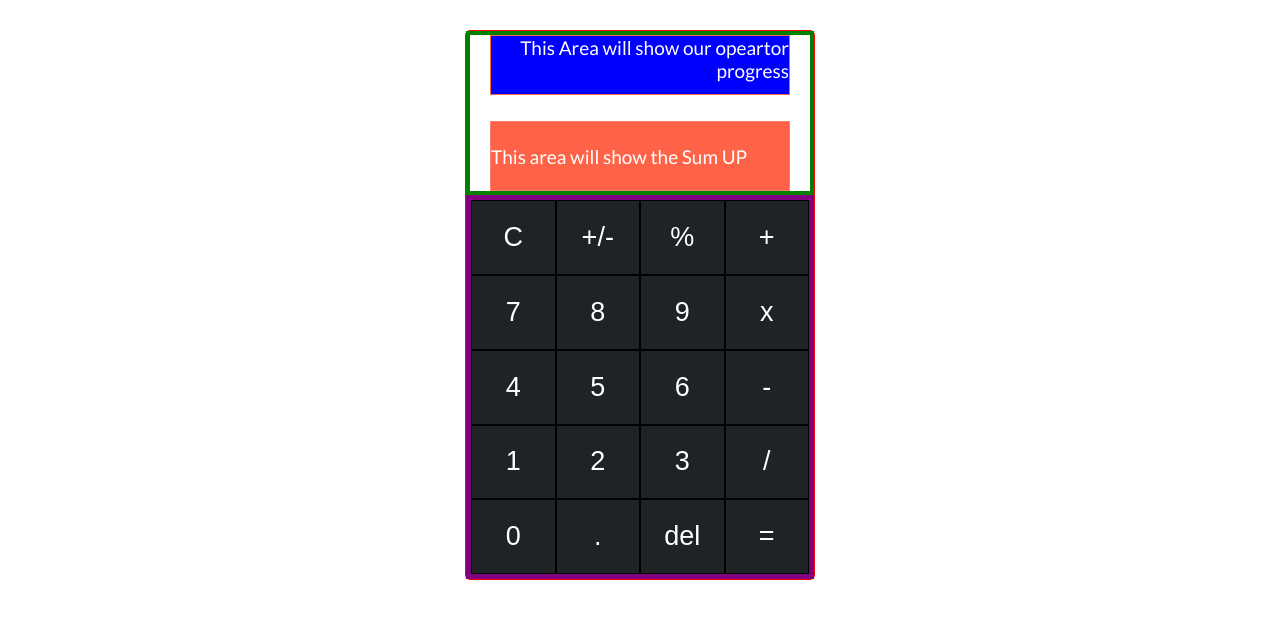
Repository: OfirLana/Calculator
Page: index.html
These files come from the project's save history. The page is drawn as it stood at one moment and after the next save; the edit follows.
The browser window is 1280 px wide. The pictures show the whole page.

Above is the page before, as saved 2019-03-12 21:24:40.

### index.html
<!DOCTYPE html>
<html lang="en">

<head>
    <meta charset="UTF-8">
    <meta name="viewport" content="width=device-width, initial-scale=1.0">
    <meta http-equiv="X-UA-Compatible" content="ie=edge">
    <link href="https://fonts.googleapis.com/css?family=Lato:100,300,400,700,900" rel="stylesheet">
    <title>Document</title>
    <link rel="stylesheet" href="style.css">
</head>

<body>
    <div class="calculator">
        <div class="output_box">
            <div class="main_output">

                This Area will show our opeartor progress

            </div>
            <div class="sub_output">

               This area will show the Sum UP

            </div>
        </div>


        <div class="opeartor_box">
            <button class="btn dlt">C</button>
            <button class="btn">+/-</button>
            <button class="btn op">%</button>
            <button class="btn op">+</button>
            <button class="btn">7</button>
            <button class="btn">8</button>
            <button class="btn">9</button>
            <button class="btn op">x</button>
            <button class="btn">4</button>
            <button class="btn">5</button>
            <button class="btn">6</button>
            <button class="btn op">-</button>
            <button class="btn">1</button>
            <button class="btn">2</button>
            <button class="btn">3</button>
            <button class="btn op">/</button>
            <button class="btn">0</button>
            <button class="btn">.</button>
            <button class="btn">del</button>
            <button class="btn sum">=</button>


        </div>








    </div>
    <script src="index.js"></script>
</body>

</html>

### style.css
* {
    margin: 0;
    padding: 0;
    box-sizing: border-box;
}

html {
    font-size: 62.5%;
}

body {
    font-family: "Lato", sans-serif;
    font-size: 1.6rem;
    color: #777;
    padding: 3rem;
}

.calculator {
    display: flex;
    flex-direction: column;
    margin: 0 auto;
    width: 35rem;
    height: 55rem;
    border: 1px solid red;
    border-radius: 5px;
}

.output_box {
    display: flex;
    flex-direction: column;
    flex-basis: 30%;
    border: 4px solid green;
    width: 100%;
    justify-content: space-between;
    padding:0px 20px;
    color:white;
    font-size:19px;
}

.main_output {
    display: flex;
    border: 1px solid blue;
    height: 6rem;
    /* background:blue; */
  border:1px solid tomato;
    width:100%;
    background:blue;
    text-align:end;
    overflow: hidden;
}






.sub_output {
    display: flex;
    border: 1px solid salmon;
    height: 7rem;
    /* background:red; */
    display:flex;
    align-items: center;
    overflow: hidden;
    background:tomato;
}

.opeartor_box{
    display:flex;
    /* flex-direction: column; */
    flex-wrap:wrap;
    width:100%;
    border:5px solid purple;
    flex-basis:70%;
}

.btn{
    width:25%;
    height:20%;
    background:#1E2326;
    border: 1px solid black;
    color:white;
    font-size:27px;
    font-weight:100;
}

.btn:active{
    background:blue;
    border:1px solid black;
}

Loaded but not shown: index.js (no copy from this time; the picture is the same without it)

After the next save:
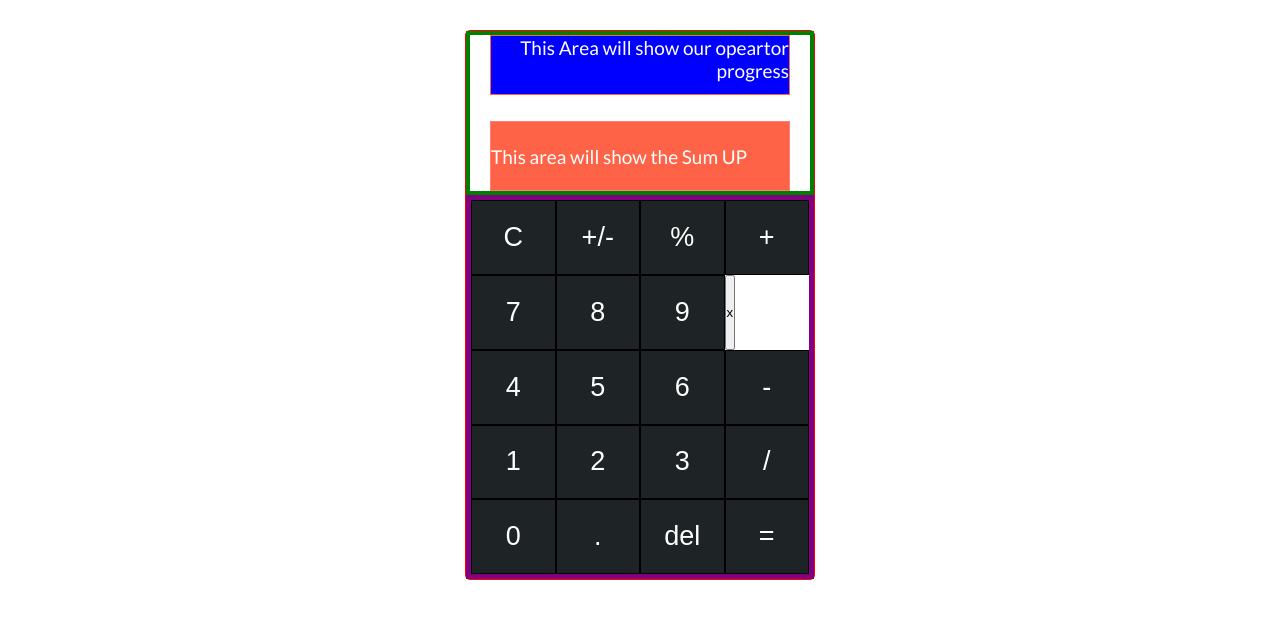
Saved 8 s later.
--- a/index.html
+++ b/index.html
@@ -34,7 +34,7 @@
             <button class="btn">7</button>
             <button class="btn">8</button>
             <button class="btn">9</button>
-            <button class="btn op">x</button>
+            <button class="btn_op">x</button>
             <button class="btn">4</button>
             <button class="btn">5</button>
             <button class="btn">6</button>

After the save that followed:
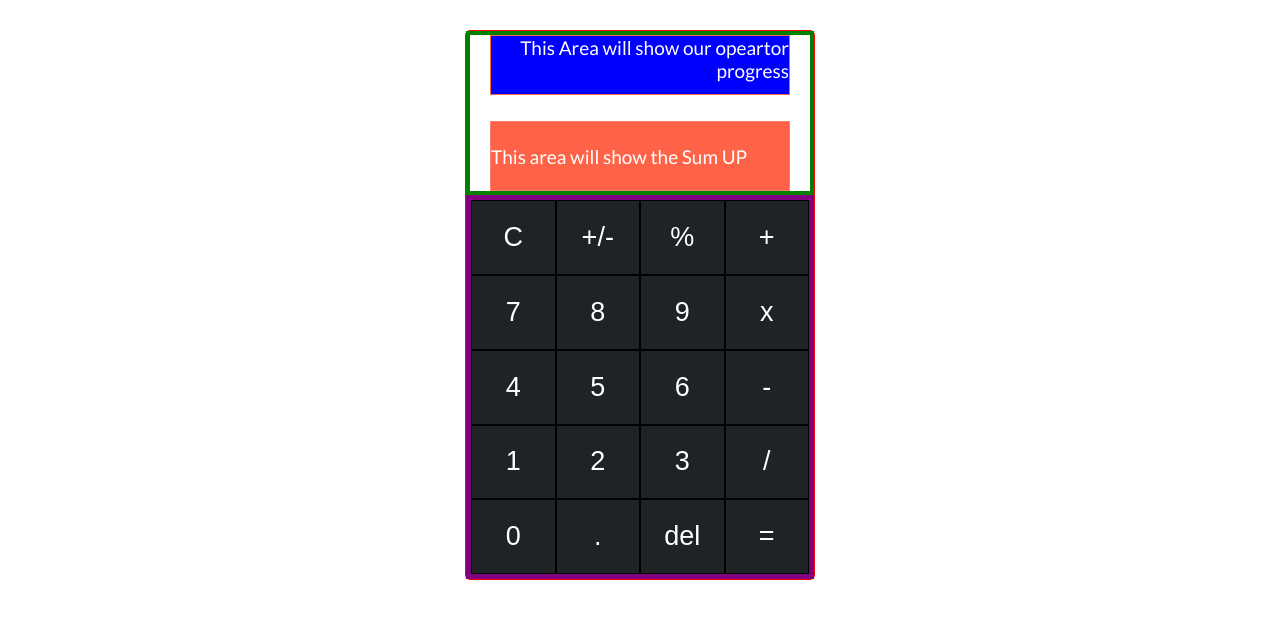
Saved 6 s later.
--- a/index.html
+++ b/index.html
@@ -34,7 +34,7 @@
             <button class="btn">7</button>
             <button class="btn">8</button>
             <button class="btn">9</button>
-            <button class="btn_op">x</button>
+            <button class="btn op">x</button>
             <button class="btn">4</button>
             <button class="btn">5</button>
             <button class="btn">6</button>
